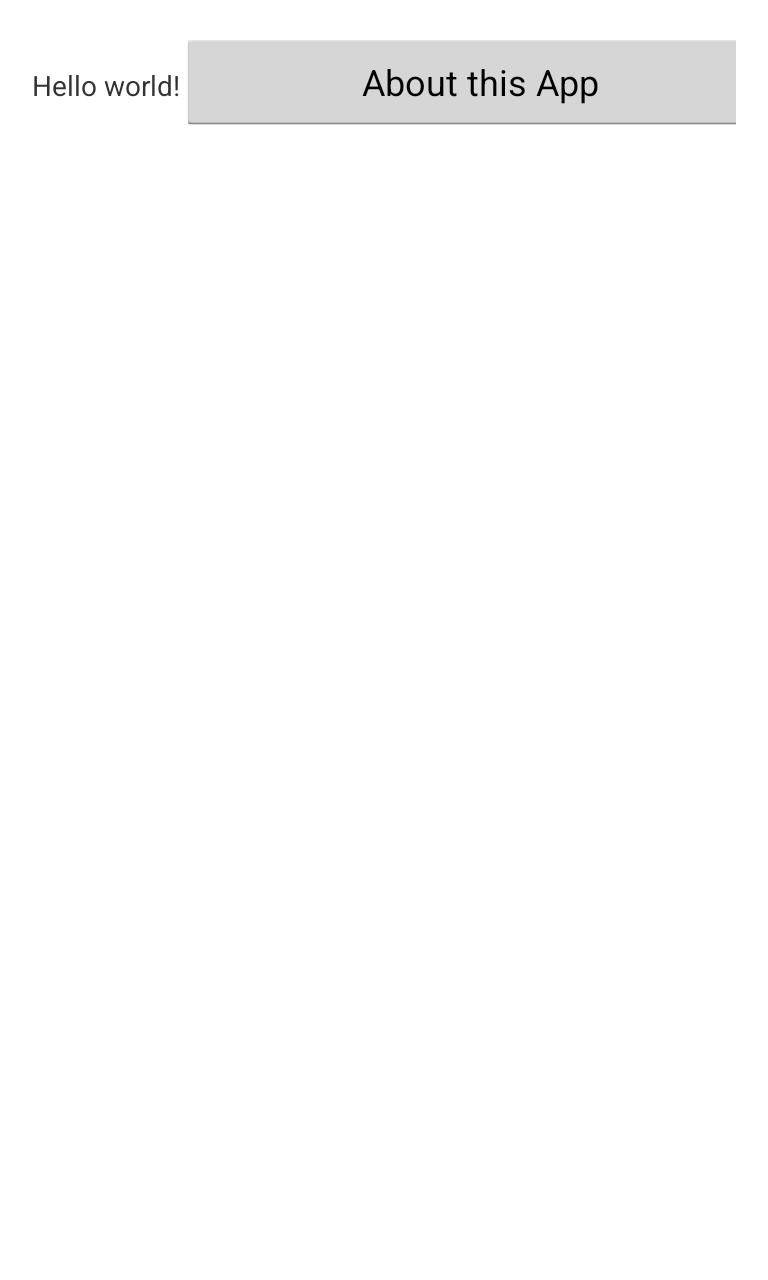
Repository: colincove/IAT381-Android
Layout: UrbanWarLeaderboards/res/layout/activity_title_screen.xml
The author's editor kept a copy of each file at every save. The layout is drawn from the files as they stood at one save, then again after the next save.
It is drawn on a 768 x 1280 px phone screen (xhdpi) without system bars, with theme AppTheme; the app's code is not run.

Above is the layout before, as saved 2013-09-06 16:05:10.

### UrbanWarLeaderboards/res/layout/activity_title_screen.xml
<LinearLayout xmlns:android="http://schemas.android.com/apk/res/android"
    xmlns:tools="http://schemas.android.com/tools"
    android:layout_width="match_parent"
    android:layout_height="match_parent"
    android:paddingBottom="@dimen/activity_vertical_margin"
    android:paddingLeft="@dimen/activity_horizontal_margin"
    android:paddingRight="@dimen/activity_horizontal_margin"
    android:paddingTop="@dimen/activity_vertical_margin"
    tools:context=".TitleScreenActivity" >

    <TextView
        android:layout_width="wrap_content"
        android:layout_height="wrap_content"
        android:text="@string/hello_world" />
		<Button
		    android:text="@string/about"
		    android:layout_width="300dp"
		    android:layout_height="50dp" />
		<Button
		    android:text="@string/view_leaderboards"
		    android:layout_width="@dimen/menu_btn_w"
		    android:layout_height="@dimen/menu_btn_h" />
</LinearLayout>

### UrbanWarLeaderboards/res/values/dimens.xml
<resources>

    <!-- Default screen margins, per the Android Design guidelines. -->
    <dimen name="activity_horizontal_margin">16dp</dimen>
    <dimen name="activity_vertical_margin">16dp</dimen>
	<dimen name="menu_btn_w">300dp</dimen>
	<dimen name="menu_btn_h">50dp</dimen>
</resources>

### UrbanWarLeaderboards/res/values/strings.xml
<?xml version="1.0" encoding="utf-8"?>
<resources>

    <string name="app_name">UrbanWarLeaderboards</string>
    <string name="action_settings">Settings</string>
    <string name="hello_world">Hello world!</string>
    <!-- Menu button Strings -->
	<string name="about">About this App</string>
	<string name="view_leaderboards">View Leaderboards</string>
</resources>

Loaded but not shown: UrbanWarLeaderboards/res/values/styles.xml (common file); UrbanWarLeaderboards/res/values-v11/styles.xml (common file); UrbanWarLeaderboards/res/values-v14/styles.xml (common file)

After the next save:
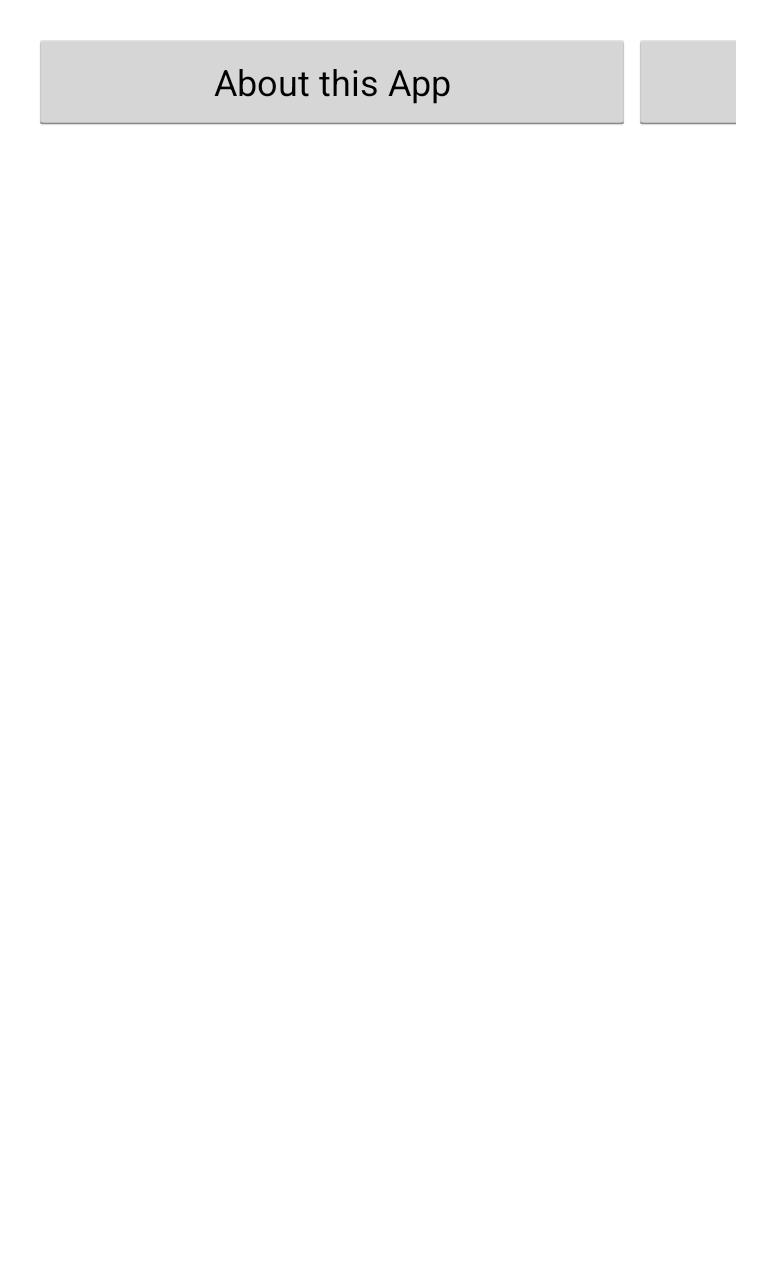
Saved 27 s later.
--- a/UrbanWarLeaderboards/res/layout/activity_title_screen.xml
+++ b/UrbanWarLeaderboards/res/layout/activity_title_screen.xml
@@ -8,10 +8,6 @@
     android:paddingTop="@dimen/activity_vertical_margin"
     tools:context=".TitleScreenActivity" >
 
-    <TextView
-        android:layout_width="wrap_content"
-        android:layout_height="wrap_content"
-        android:text="@string/hello_world" />
 		<Button
 		    android:text="@string/about"
 		    android:layout_width="300dp"
